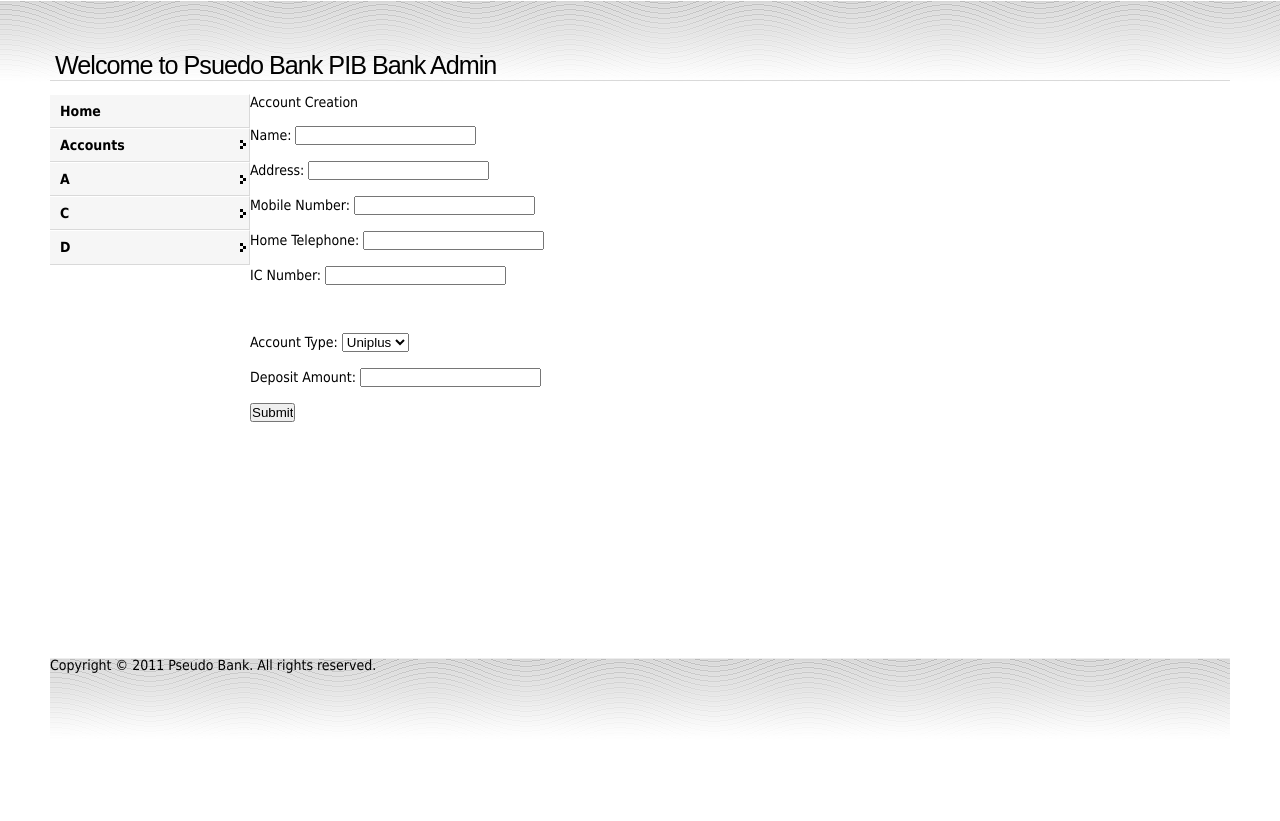
Repository: hareth12/Final-Year-Project
Page: http://localhost/bankAdmin/Account/accountCreation2.jsp
An editor plug-in stored every save of this project. The page is shown before and after the next save, followed by the edit.
The browser window is 1280 px wide. The pictures show the whole page.
The page is served by Tomcat 9. Other server files are loaded and not shown.

Above is the page before, as saved 2011-09-30 02:49:11.

### bankAdmin/WebContent/Account/accountCreation2.jsp
<!DOCTYPE html PUBLIC "-//W3C//DTD XHTML 1.0 Transitional//EN" "http://www.w3.org/TR/xhtml1/DTD/xhtml1-transitional.dtd">
<html xmlns="http://www.w3.org/1999/xhtml" xml:lang="en" lang="en">
<head>
<title>Psuedo Bank Personal Internal Banking</title>
<meta http-equiv="Content-Type" content="text/html; charset=utf-8" />
<meta name="author" content="Tom@Lwis (http://www.lwis.net/free-css-drop-down-menu/)" />
<meta name="keywords" content="css, dropdowns, dropdown menu, drop-down, menu, navigation, nav, horizontal, vertical left-to-right, vertical right-to-left, horizontal linear, horizontal upwards, cross browser, internet explorer, ie, firefox, safari, opera, browser, lwis" />
<meta name="description" content="Simple vertical left-to-right direction css drop-down menu demo using clean, standards-friendly, free, easy, cross browser framework for css drop-down menus" />
<link href="/pib/asset/secured/helper.css" media="screen" rel="stylesheet" type="text/css" />

<style type="text/css">

/* Layout */
@import "/pib/asset/secured/dropdown.css";
@import "/pib/asset/secured/dropdown.vertical.css";

/* Theme */
@import "/pib/asset/secured/default.css";

</style>


</head>
<body>
<div id="wrap">  <!-- This wrap div needs to encompass everything except the footer div at bottom -->
<h1>Welcome to Psuedo Bank PIB Bank Admin</h1>

<ul id="nav" class="dropdown dropdown-vertical">
    <li><a href="#">Home</a></li>
    <li class="dir">Accounts
        <ul>
            <li><a href="/bankAdmin/AccountCreation">Accounts Creation</a></li>
            <li><a href="#">Accounts Enquiry</a></li>
                <ul>
                    <li><a href="./">1</a></li>
                    <li><a href="./">2</a></li>
                    <li><a href="./">3</a></li>
                    <li><a href="./">4</a></li>
                    <li><a href="./">5</a></li>
                </ul>
            </li>
        </ul>
    </li>
    <li class="dir">A
        <ul>
            <li><a href="#">1</a></li>
            <li><a href="#">2</a></li>
            <li><a href="#">3</a></li>
        </ul>
    </li>
    <li class="dir">C
        <ul>
            <li><a href="./">1</a></li>
            <li><a href="./">2</a></li>
            <li><a href="./">3</a></li>
        </ul>
    </li>
    <li class="dir">D</a>
        <ul>
            <li><a href="./">1</a></li>
        </ul>
    </li>
</ul>
	<div id="main">
	Account Creation
	<br></br>

		<form name="input" action="/bankAdmin/AccountCreation2" method="post">
		Name: <input type="text" name="name" />  <br></br>
		Address: <input type="text" name="address" /> <br></br>
		Mobile Number: <input type="text" name="mobile" /> <br></br>
		Home Telephone: <input type="text" name="home" /> <br></br>
		IC Number: <input type="text" name="icNumber" /> <br></br>
		<br></br>
		Account Type: <select name="accountType">
				  <option value="Uniplus">Uniplus</option>
				</select> <br></br>
		Deposit Amount: <input type="text" name="deposit" /> <br></br>
		<input type="submit" value="Submit" />
		</form>




	</div>

</div>

<div class="footer">
	<div id="foot"> <!-- this extra div is just centering the fixed width area of the footer content -->

    <p>Copyright &copy; 2011 Pseudo Bank. All rights reserved.</p>
    </div>
</div>

</body>


</html>

### bankAdmin/WebContent/asset/secured/helper.css

* {
 margin: 0;
 padding: 0;
}

body {
 padding: 50px;
 border-top: solid 1px #fff;
 background: #fff url(images/pattern1.png) 0 0 repeat-x;
 font: 14px/normal Tahoma, Arial, Helvetica, sans-serif;
}

html, body{height: 100%;}

#wrap {min-height: 80%;}

#main {overflow:auto;
    padding-bottom: 20%;}  /* must be same height as the footer */

footer {

 position: relative;
 margin-top: -20%;
 height: 20%;
 clear:both;
 text-align: center;
 width:100%;
}

/* Footer */
#footer {background: #444444 url('images/footer.gif') repeat-x;color:#ffffff;font-size:11px;font-family:Verdana, Arial, sans-serif}
#footer2 {background-color: #444444;color:#ffffff;font-size:11px;font-family:Verdana, Arial, sans-serif;height:140px}
#footer a, #footer2 a {color:#ffffff;text-decoration:underline}
#footer a:hover, #footer2 a:hover {color:#804249;text-decoration:underline}
#footer a:visited, #footer2 a:visited  {color:#ffffff;text-decoration:underline}
#footer p, #footer2 p {margin:0 0 15px 0}
#footer p.axe img, #footer2 p.axe img {margin-bottom:-7px}
#foot {width:100%;margin:0 auto;background: url('images/pattern1.png') repeat-x;height:140px;line-height:1.1em;padding: 0;}
#foot2 {width:800px;margin:0 auto;height:140px;line-height:1.1em;padding:0 10px 0 10px}
#foot #left {width:400px;float:left;padding-top:72px}
#foot #right {width:250px;float:right;text-align:right;padding-top:72px}
#foot2 #left {width:450px;float:left;padding-top:45px}
#foot2 #right {width:250px;float:right;text-align:right;padding-top:45px}

.clearfix:after {content: ".";display: block;height: 0;clear: both;visibility: hidden}
.clearfix {display: inline-block}
* html .clearfix {height: 1%}
.clearfix {display: block}


p { margin-bottom: 1em; }

ul.classic {
 list-style: disc;
 margin-bottom: 1em;
 padding-left: 2em;
}

h1,h2,h3 {
 margin-bottom: .5em;
 font-family: Arial, Helvetica, sans-serif;
 line-height: normal;
}

h1 {
 border-bottom: solid 1px #d9d9d9;
 font-weight: normal;
 font-size: 180%;
 text-indent: 5px;
 letter-spacing: -1px;
}

.dropdown-upward {
 margin-top: 400px !important;
}

### bankAdmin/WebContent/asset/secured/dropdown.css
@charset "UTF-8";

/**
 * Horizontal CSS Drop-Down Menu Module
 *
 * @file        dropdown.css
 * @package     Dropdown
 * @version     0.7.1
 * @type        Transitional
 * @stacks      597-599
 * @browsers    Windows: IE6+, Opera7+, Firefox1+
 *              Mac OS: Safari2+, Firefox2+
 *
 * @link        http://www.lwis.net/
 * @copyright   2006-2008 Live Web Institute. All Rights Reserved.
 *
 */

ul.dropdown,
ul.dropdown li,
ul.dropdown ul {
 list-style: none;
 margin: 0;
 padding: 0;
}

ul.dropdown {
 position: relative;
 z-index: 597;
 float: left;
}

ul.dropdown li {
 float: left;
 line-height: 1.3em;
 vertical-align: middle;
 zoom: 1;
}

ul.dropdown li.hover,
ul.dropdown li:hover {
 position: relative;
 z-index: 599;
 cursor: default;
}

ul.dropdown ul {
 visibility: hidden;
 position: absolute;
 top: 100%;
 left: 0;
 z-index: 598;
 width: 100%;
}

ul.dropdown ul li {
 float: none;
}

ul.dropdown ul ul {
 top: 1px;
 left: 99%;
}

ul.dropdown li:hover > ul {
 visibility: visible;
}

### bankAdmin/WebContent/asset/secured/dropdown.vertical.css
@charset "UTF-8";

/**
 * Vertical Left-to-Right Direction CSS Drop-Down Menu Component
 *
 * @file		dropdown.vertical.css
 * @package		Dropdown
 * @version		0.3
 * @type		Transitional
 * @requires	dropdown.css
 * @browsers	Windows: IE5+, Opera7+, Firefox1+
 *				Mac OS: Safari2+, Firefox2+
 *
 * @link		http://www.lwis.net/
 * @copyright	2006-2008 Live Web Institute. All Rights Reserved.
 *
 */

@import "dropdown.css";

ul.dropdown-vertical {
 width: 200px;
}

ul.dropdown-vertical ul {
 top: 1px;
 left: 99%;
}

ul.dropdown-vertical li {
 float: none;
}

### bankAdmin/WebContent/asset/secured/default.css
@charset "UTF-8";

/**
 * Default CSS Drop-Down Menu Theme
 *
 * @file		default.css
 * @name		Default
 * @version		0.1.1
 * @type		transitional
 * @browsers	Windows: IE5+, Opera7+, Firefox1+
 *				Mac OS: Safari2+, Firefox2+
 *
 * @link		http://www.lwis.net/
 * @copyright	2008 Live Web Institute. All Rights Reserved.
 *
 * Module Classes: *.dir {} *.on {} *.open {} li.hover {} li.first {} li.last {}
 * Expected directory tag - li
 *
 */


/*-------------------------------------------------/
 * @section		Base Drop-Down Styling
 * @structure	ul (unordered list)
 *				ul li (list item)
 *				ul li a (links)
 *				/*\.class|(li|a):hover/
 * @level sep	ul
 */


ul.dropdown {
 font-weight: bold;
}

	ul.dropdown li {
	 padding: 7px 10px;
	 border-style: solid;
	 border-width: 1px 1px 1px 0;
	 border-color: #fff #d9d9d9 #d9d9d9;
	 background-color: #f6f6f6;
	 color: #000;
	}

	ul.dropdown li.hover,
	ul.dropdown li:hover {
	 background-color: #eee;
	 color: #000;
	}

	ul.dropdown a:link,
	ul.dropdown a:visited	{ color: #000; text-decoration: none; }
	ul.dropdown a:hover		{ color: #000; }
	ul.dropdown a:active	{ color: #ffa500; }


	/* -- level mark -- */

	ul.dropdown ul {
	 width: 150px;
	 margin-top: 1px;
	}

		ul.dropdown ul li {
		 font-weight: normal;
		}



/*-------------------------------------------------/
 * @section		Support Class `dir`
 * @level sep	ul, .class
 */


ul.dropdown *.dir {
 padding-right: 20px;
 background-image: url(../secured/images/nav-arrow-down.png);
 background-position: 100% 50%;
 background-repeat: no-repeat;
}


/* -- Components override -- */

ul.dropdown-horizontal ul *.dir {
 padding-right: 15px;
 background-image: url(../secured/images/nav-arrow-right.png);
 background-position: 100% 50%;
 background-repeat: no-repeat;
}

ul.dropdown-upward *.dir {
 background-image: url(../secured/images/nav-arrow-top.png);
}

ul.dropdown-vertical *.dir,
ul.dropdown-upward ul *.dir {
 background-image: url(../secured/images/nav-arrow-right.png);
}

ul.dropdown-vertical-rtl *.dir {
 padding-right: 10px;
 padding-left: 15px;
 background-image: url(../secured/images/nav-arrow-left.png);
 background-position: 0 50%;
}

After the next save:
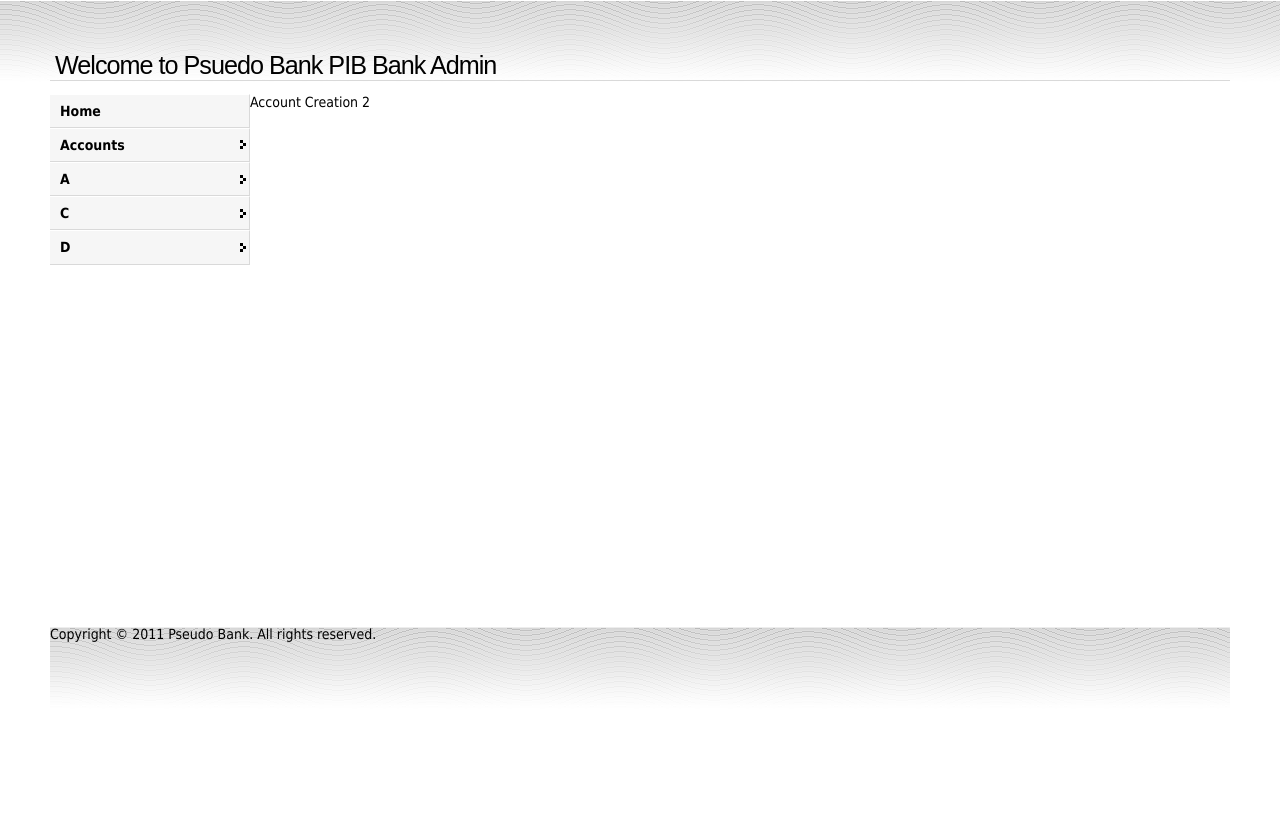
Saved 82 s later.
--- a/bankAdmin/WebContent/Account/accountCreation2.jsp
+++ b/bankAdmin/WebContent/Account/accountCreation2.jsp
@@ -62,22 +62,8 @@
     </li>
 </ul>
 	<div id="main">
-	Account Creation
+	Account Creation 2
 	<br></br>
-
-		<form name="input" action="/bankAdmin/AccountCreation2" method="post">
-		Name: <input type="text" name="name" />  <br></br>
-		Address: <input type="text" name="address" /> <br></br>
-		Mobile Number: <input type="text" name="mobile" /> <br></br>
-		Home Telephone: <input type="text" name="home" /> <br></br>
-		IC Number: <input type="text" name="icNumber" /> <br></br>
-		<br></br>
-		Account Type: <select name="accountType">
-				  <option value="Uniplus">Uniplus</option>
-				</select> <br></br>
-		Deposit Amount: <input type="text" name="deposit" /> <br></br>
-		<input type="submit" value="Submit" />
-		</form>
 
 
 
